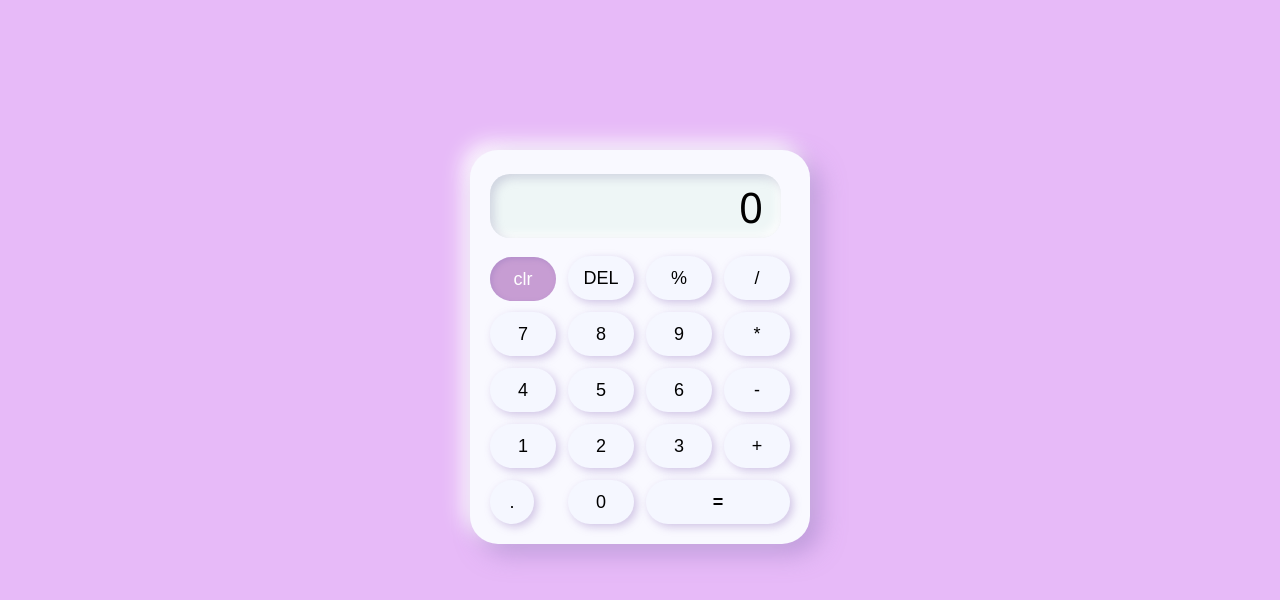
Repository: meti-guda/simple-calculator
Page: index.html
These files come from the project's save history. The page is drawn as it stood at one moment and after the next save; the edit follows.
The browser window is 1280 px wide. The pictures show the whole page.
The first visible `.values button` is being pressed.

Above is the page before, as saved 2025-12-11 12:53:36.

### index.html
<!DOCTYPE html>
<html lang="en">
  <head>
    <meta charset="UTF-8" />
    <title>Simple Calculator</title>
    <link rel="stylesheet" href="style.css" />
  </head>
  <body>
    <div class="contianer">
      <div class="calculator">
        <div class="display">
          <div class="expression" id="expression">0</div>
        </div>

        <div class="values">
          <button data-action="clear">clr</button>
          <button data-action="del">DEL</button>
          <button data-value="%">%</button>
          <button data-value="/">/</button>

          <button data-value="7">7</button>
          <button data-value="8">8</button>
          <button data-value="9">9</button>
          <button data-value="*">*</button>

          <button data-value="4">4</button>
          <button data-value="5">5</button>
          <button data-value="6">6</button>
          <button data-value="-">-</button>

          <button data-value="1">1</button>
          <button data-value="2">2</button>
          <button data-value="3">3</button>
          <button data-value="+">+</button>

          <button class="dot" data-value=".">.</button>
          <button data-value="0">0</button>
          <button class="equal" data-action="equals">=</button>
        </div>
      </div>
    </div>

    <script src="index.js"></script>
  </body>
</html>

### style.css
body {
  display: flex;
  align-items: center;
  justify-content: center;
  background-color: #e7baf8;
  font-family: "Segoe UI", system-ui, sans-serif;
  box-sizing: border-box;
  margin-top: 150px;
  padding: 0;
}

.container {
  padding: 16px;
}

.calculator {
  width: 300px;
  padding: 24px 20px 20px;
  border-radius: 28px;
  background-color: #f9f9ff;
  box-shadow: 10px 10px 25px rgba(150, 121, 189, 0.5),
    -8px -8px 20px rgba(255, 255, 255, 0.95);
}

.display {
  width: 85%;
  height: 64px;
  border-radius: 20px;
  background-color: #eef6f6;
  box-shadow: inset 4px 4px 10px rgba(161, 161, 190, 0.4),
    inset -4px -4px 10px rgba(255, 255, 255, 0.9);
  display: flex;
  align-items: center;
  justify-content: flex-end;
  padding: 0 18px;
  margin-bottom: 18px;
  overflow: hidden;
}

.expression {
  font-size: 42px;
  color: #000;
  white-space: nowrap;
}

.values {
  display: grid;
  grid-template-columns: repeat(4, 1fr);
  grid-gap: 12px;
}

.values button {
  border: none;
  outline: none;
  height: 44px;
  border-radius: 999px;
  background-color: #f5f7ff;
  box-shadow: 3px 3px 8px rgba(150, 121, 189, 0.4);
  color: #000;
  font-size: 18px;
  cursor: pointer;
  transition: transform 0.08s ease, box-shadow 0.08s ease, background 0.1s;
}

.values button:active {
  transform: translateY(1px);
  box-shadow: inset 2px 2px 5px rgba(150, 121, 189, 0.4);
}

button:hover {
  background-color: #c79dd3;
  color: white;
}

.dot {
  justify-self: flex-start;
  width: 44px;
}

.equal {
  grid-column: span 2;
  background-color: #d87bb4;
  color: #ffffff;
  font-weight: 600;
  box-shadow: 3px 3px 8px rgba(160, 100, 150, 0.5);
}

.equal:active {
  box-shadow: inset 2px 2px 5px rgba(160, 100, 150, 0.5);
}

@media (max-width: 400px) {
  .calculator {
    width: 90%;
  }
}

### index.js
class Calculator {
  constructor() {
    this.displayValue = "0";
    this.previousValue = null;
    this.operation = null;
    this.shouldResetDisplay = false;

    // your display div has class="expression"
    this.displayElement = document.querySelector(".expression");

    this.setupEventListeners();
    this.updateDisplay();
  }

  setupEventListeners() {
    // number buttons: have data-value with 0–9 but NO data-action
    document.querySelectorAll(".values button").forEach((btn) => {
      const action = btn.dataset.action;
      const value = btn.dataset.value;

      if (!action && value !== undefined) {
        // treat as number or dot key
        if (value === ".") {
          btn.addEventListener("click", () => this.handleDecimal());
        } else {
          btn.addEventListener("click", () => this.handleNumber(value));
        }
      } else if (action) {
        // action keys
        if (action === "equals") {
          btn.addEventListener("click", () => this.handleEquals());
        } else if (action === "clear") {
          btn.addEventListener("click", () => this.handleClear());
        } else if (action === "del") {
          btn.addEventListener("click", () => this.handleDelete());
        }
      }

      // operator keys have data-value of + - * / %
      if (["+", "-", "*", "/", "%"].includes(value)) {
        btn.addEventListener("click", () => this.handleOperator(value));
      }
    });

    // keyboard support
    document.addEventListener("keydown", (e) => this.handleKeyboard(e));
  }

  handleNumber(num) {
    if (this.shouldResetDisplay) {
      this.displayValue = num;
      this.shouldResetDisplay = false;
    } else {
      this.displayValue =
        this.displayValue === "0" ? num : this.displayValue + num;
    }
    this.updateDisplay();
  }

  handleDecimal() {
    if (this.shouldResetDisplay) {
      this.displayValue = "0.";
      this.shouldResetDisplay = false;
    } else if (!this.displayValue.includes(".")) {
      this.displayValue += ".";
    }
    this.updateDisplay();
  }

  handleOperator(op) {
    const current = parseFloat(this.displayValue);

    if (this.previousValue === null) {
      this.previousValue = current;
    } else if (this.operation) {
      const result = this.calculate(
        this.previousValue,
        current,
        this.operation
      );
      this.displayValue = this.formatResult(result);
      this.previousValue = result;
      this.updateDisplay();
    }

    this.operation = op;
    this.shouldResetDisplay = true;
  }

  handleEquals() {
    if (this.operation === null || this.previousValue === null) {
      return;
    }

    const current = parseFloat(this.displayValue);
    const result = this.calculate(this.previousValue, current, this.operation);
    this.displayValue = this.formatResult(result);
    this.previousValue = null;
    this.operation = null;
    this.shouldResetDisplay = true;
    this.updateDisplay();
  }

  handleClear() {
    this.displayValue = "0";
    this.previousValue = null;
    this.operation = null;
    this.shouldResetDisplay = false;
    this.updateDisplay();
  }

  handleDelete() {
    if (this.displayValue === "0" || this.shouldResetDisplay) {
      return;
    }
    this.displayValue = this.displayValue.slice(0, -1) || "0";
    this.updateDisplay();
  }

  calculate(prev, current, op) {
    switch (op) {
      case "+":
        return prev + current;
      case "-":
        return prev - current;
      case "*":
        return prev * current;
      case "/":
        return current !== 0 ? prev / current : 0;
      case "%":
        return prev % current;
      default:
        return current;
    }
  }

  formatResult(num) {
    return parseFloat(num.toFixed(10)).toString();
  }

  handleKeyboard(e) {
    if (e.key >= "0" && e.key <= "9") this.handleNumber(e.key);
    if (e.key === ".") this.handleDecimal();
    if (["+", "-", "*", "/", "%"].includes(e.key)) {
      e.preventDefault();
      this.handleOperator(e.key);
    }
    if (e.key === "Enter" || e.key === "=") {
      e.preventDefault();
      this.handleEquals();
    }
    if (e.key === "Backspace") {
      e.preventDefault();
      this.handleDelete();
    }
    if (e.key === "Escape") {
      e.preventDefault();
      this.handleClear();
    }
  }

  updateDisplay() {
    this.displayElement.textContent = this.displayValue;
  }
}

// create calculator once DOM is loaded
document.addEventListener("DOMContentLoaded", () => {
  new Calculator();
});

After the next save:
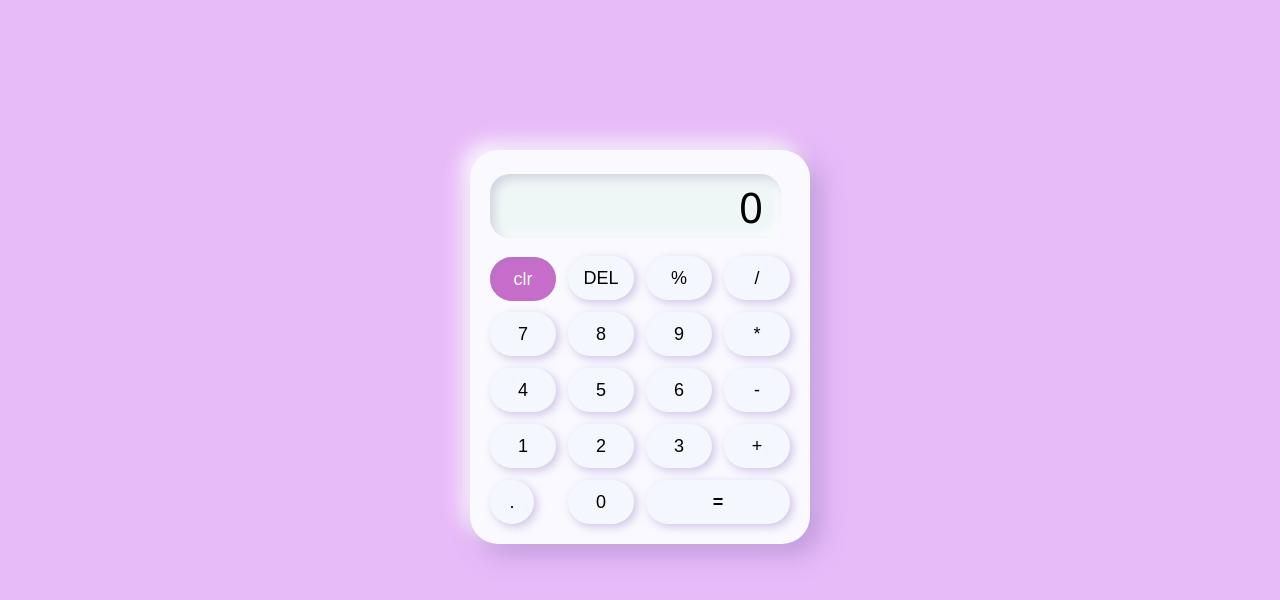
Saved 70 s later.
--- a/style.css
+++ b/style.css
@@ -62,14 +62,15 @@ body {
   transition: transform 0.08s ease, box-shadow 0.08s ease, background 0.1s;
 }
 
-.values button:active {
-  transform: translateY(1px);
-  box-shadow: inset 2px 2px 5px rgba(150, 121, 189, 0.4);
-}
-
 button:hover {
   background-color: #c79dd3;
   color: white;
+}
+
+.values button:active {
+  transform: translateY(1px);
+  background-color: #c76eca;
+  box-shadow: inset 2px 2px 5px rgba(150, 121, 189, 0.4);
 }
 
 .dot {
